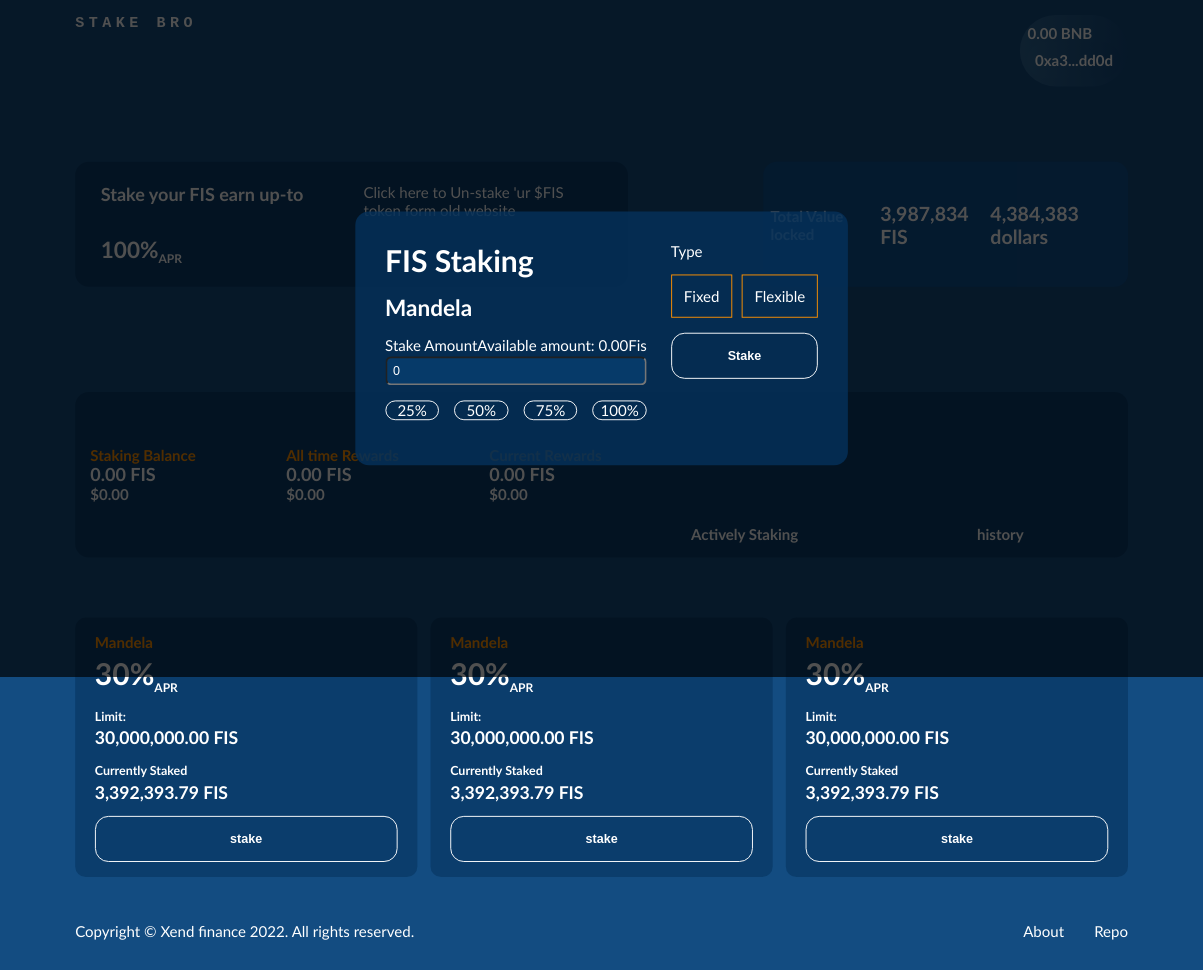
Repository: NorVirae/Stake
Page: /, after clicking the first element matching `button.stake-button`
An editor plug-in stored every save of this project. The page is shown before and after a run of saves, followed by the edit.
The browser window is 1280 px wide. The pictures show the whole page, at 94% of full size.
The project was rebuilt for these pictures with package versions that can differ from the ones it lists, and the page was loaded fresh each time.

Above is the page before, as saved 2022-04-18 19:20:37.

After the next 3 saves:
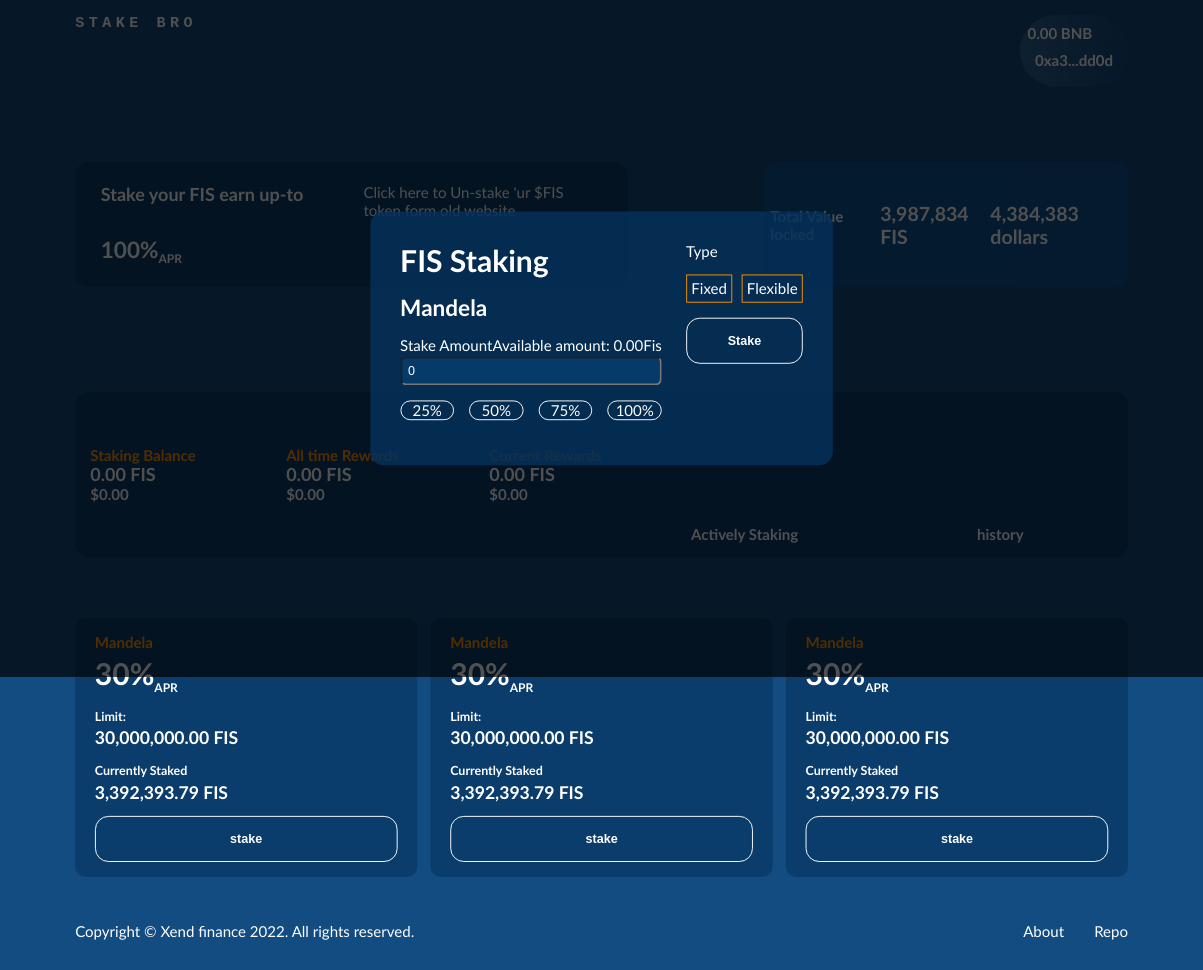
The 3 saves are shown as one change because they came seconds apart.
The last was saved 60 s later.
--- a/src/styles/app.css
+++ b/src/styles/app.css
@@ -364,4 +364,5 @@
 .btn-type {
     border: .1px solid #FF9100;
     padding: .8rem;
-}
+    padding: .3rem;
+}

After the save that followed:
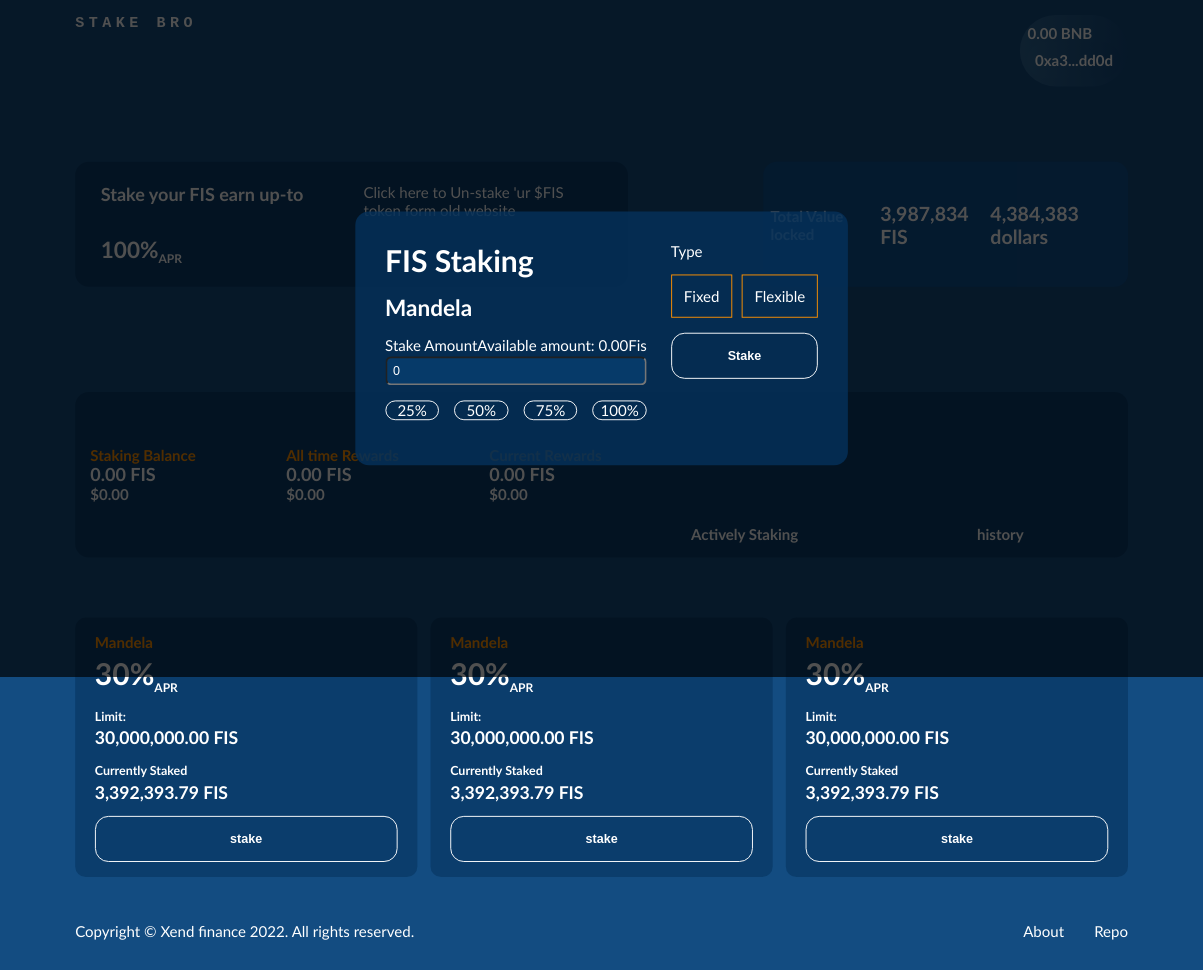
Saved 10 s later.
--- a/src/styles/app.css
+++ b/src/styles/app.css
@@ -364,5 +364,4 @@
 .btn-type {
     border: .1px solid #FF9100;
     padding: .8rem;
-    padding: .3rem;
-}
+bord}
